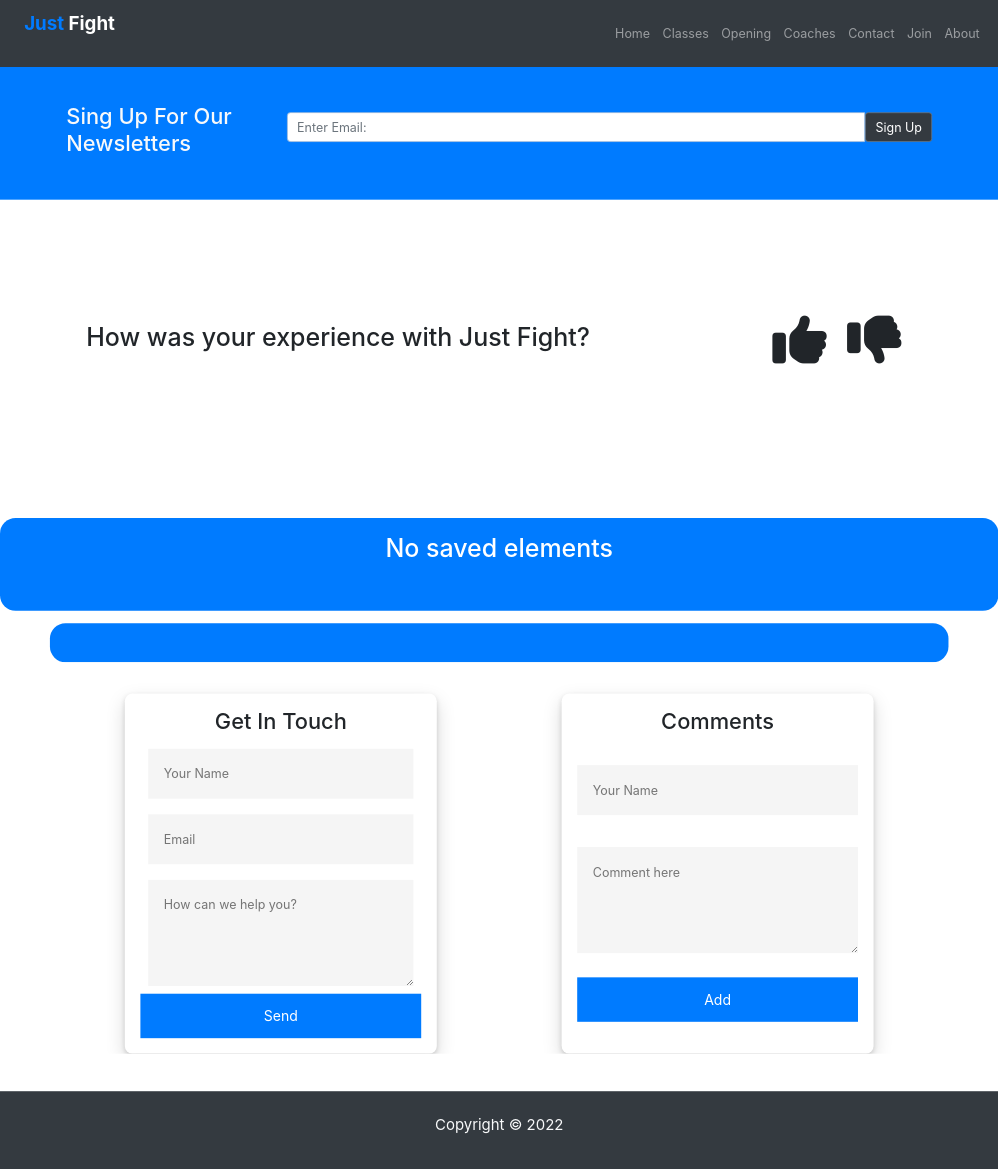
Repository: IonPara/Just-Fight
Page: review.html
These files come from the project's save history. The page is drawn as it stood at one moment and after the next save; the edit follows.
The browser window is 1280 px wide. The pictures show the whole page, at 78% of full size.
Some web libraries are served in a nearby version.

Above is the page before, as saved 2023-03-13 17:01:55.
Console error: ReferenceError: emailjs is not defined

After the next save:
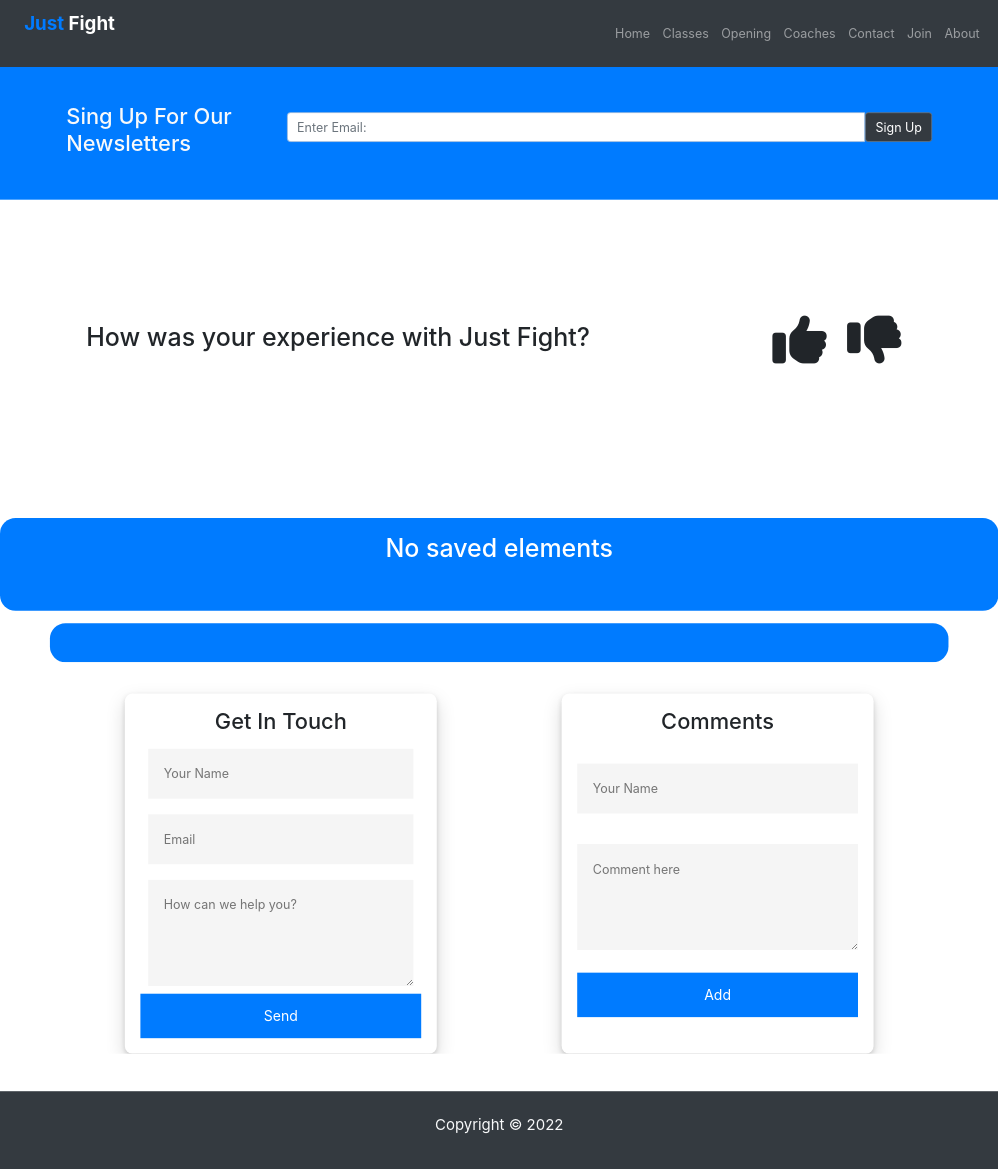
Saved 15 s later.
--- a/Styles/review.css
+++ b/Styles/review.css
@@ -29,7 +29,7 @@
 }
 
 .input-container{
-    height: 95%;
+    height: calc(100% - 50px);
     display: flex;
     flex-direction: column;
     justify-content: space-evenly;

After the 2 saves that followed:
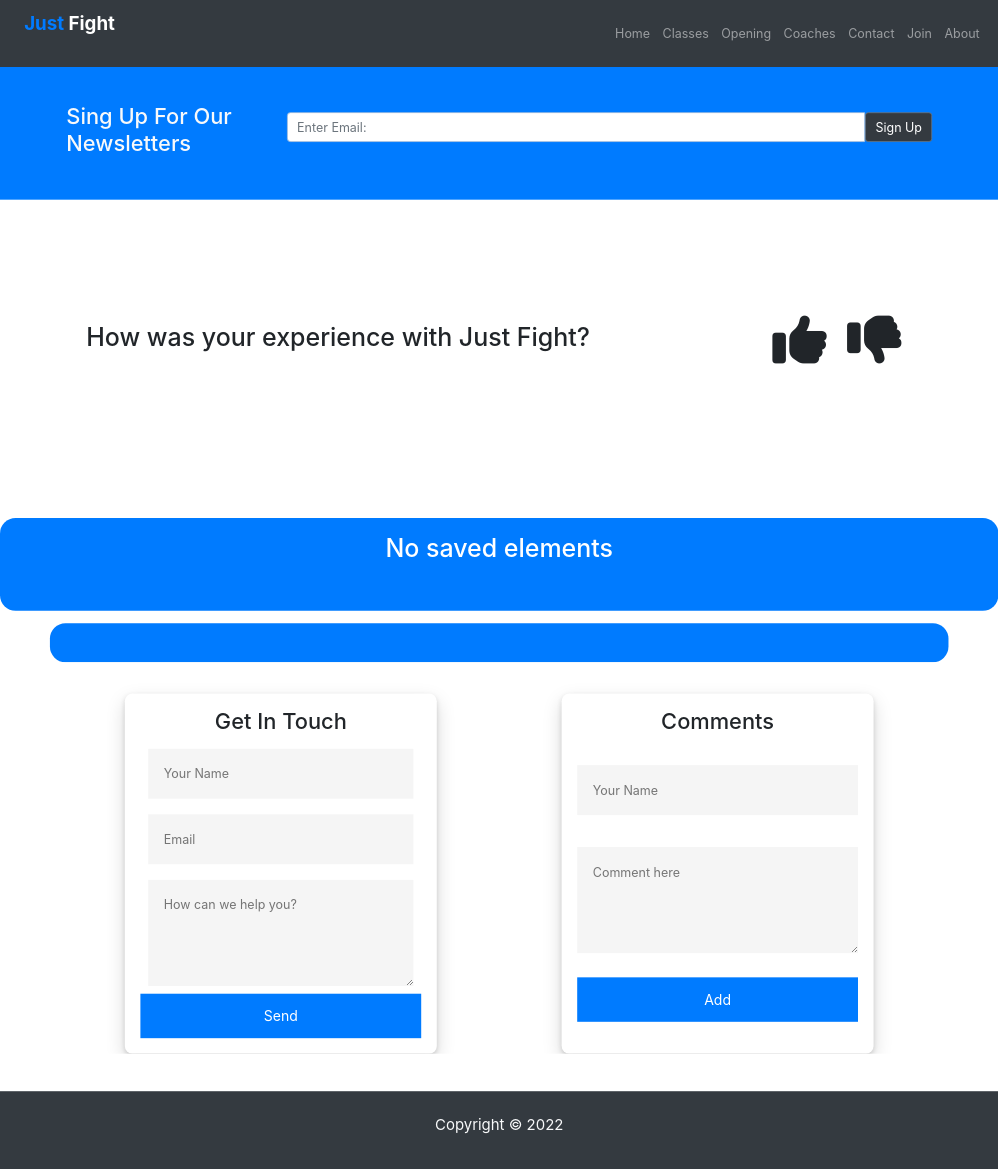
The 2 saves are shown as one change because 1 left the picture as it was.
The last was saved 43 s later.
--- a/review.html
+++ b/review.html
@@ -163,8 +163,9 @@
         <div class="d-flex input-container">
           <input class="w-100 ml-0" type="text" name="name" placeholder="Your Name" id="name">
           <textarea id="comment" class='comment ml-0' name="message" rows="4" placeholder="Comment here"></textarea>
-          <button type="button" class="btn-primary w-100"
-            onclick="addComment(textValue, nValue), addToTheArray()">Add</button>
+          <button type="button" class="btn-primary w-100" onclick="addComment(textValue, nValue), addToTheArray()">
+            Add
+          </button>
         </div>
       </form>
     </div>
--- a/Styles/review.css
+++ b/Styles/review.css
@@ -29,7 +29,7 @@
 }
 
 .input-container{
-    height: calc(100% - 50px);
+    height: calc(100% - 20px);
     display: flex;
     flex-direction: column;
     justify-content: space-evenly;
